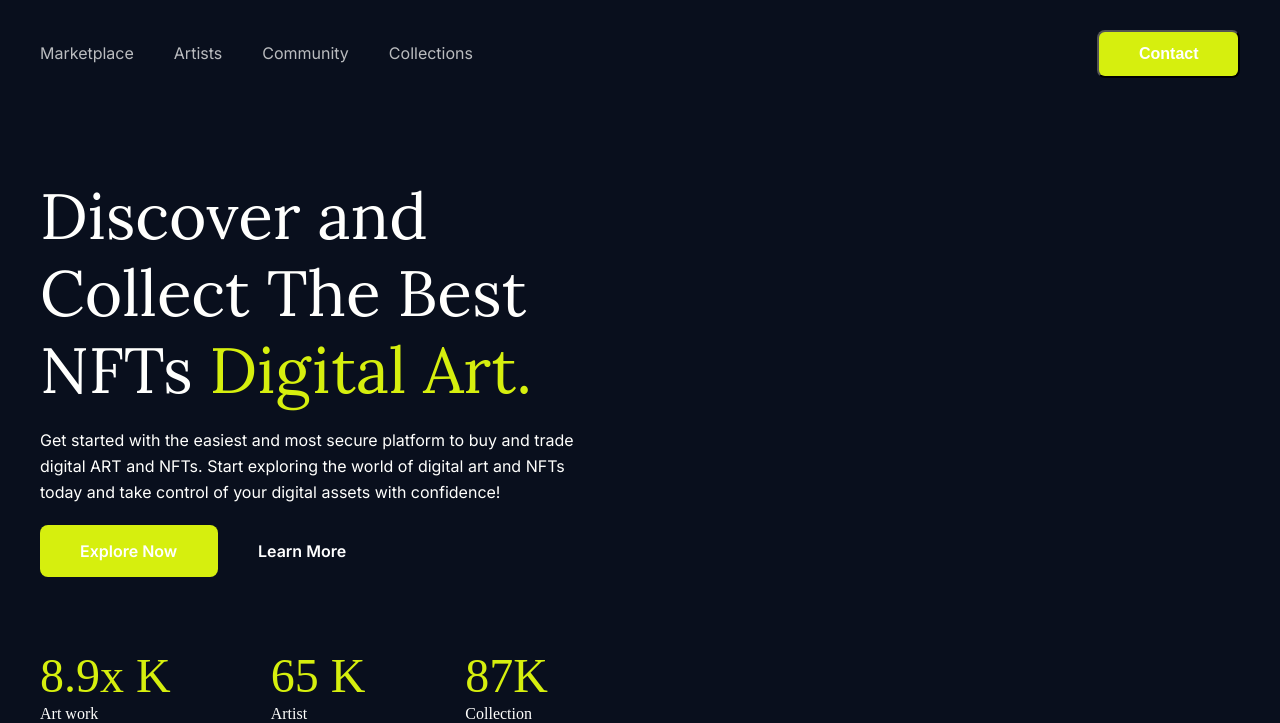
Repository: Kamron5505/NftMarketplace
Page: index.html
The author's editor kept a copy of each file at every save. The page is drawn from the files as they stood at one save, then again after the next save.
The browser window is 1280 px wide. The pictures show the whole page.

Above is the page before, as saved 2025-07-08 13:33:38.

After the next save:
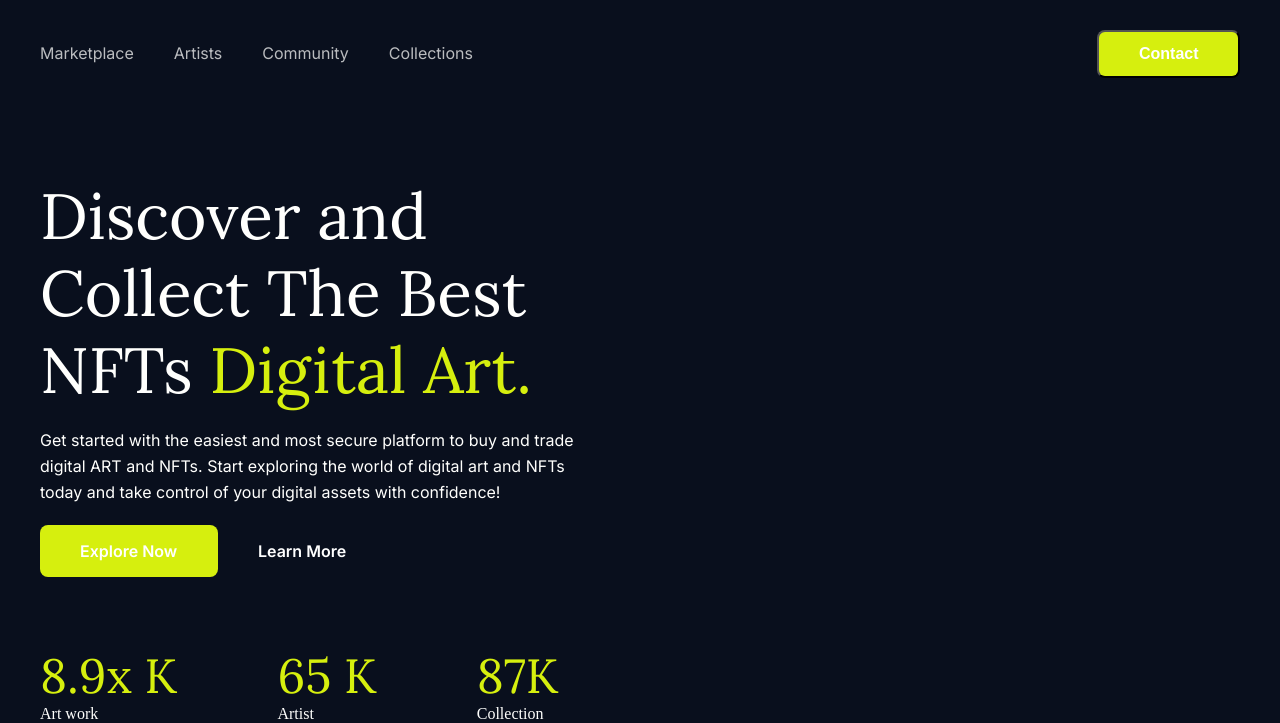
Saved 6 s later.
--- a/style.css
+++ b/style.css
@@ -165,7 +165,7 @@ h6 {
     font-weight: 500;
     font-size: 48px;
     line-height: 120%;
-    font-third-family: "Lora", sans-serif;
+    font-family: "Lora", sans-serif;
     color: #d6ef0e;
 }
 
